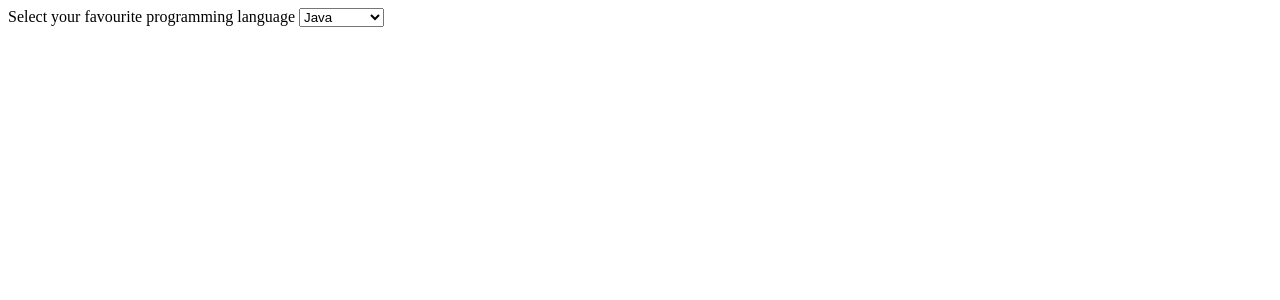
Repository: AshrafPatel/JavaEE
Page: http://localhost/JavaEEWeb/cookies-form.jsp
These files come from the project's save history. The page is drawn as it stood at one moment and after the next save; the edit follows.
The browser window is 1280 px wide. The pictures show the whole page.
The page is served by Tomcat 9.

Above is the page before, as saved 2021-11-14 23:45:20.

### JavaEEWeb/src/main/webapp/cookies-form.jsp
<%@ page language="java" contentType="text/html; charset=ISO-8859-1"
    pageEncoding="ISO-8859-1"%>
<!DOCTYPE html>
<html>
<head>
<meta charset="ISO-8859-1">
<title>Insert title here</title>
</head>
<body>
	<form action="cookies-form-response.jsp">
		Select your favourite programming language
		<select name="favLang">
			<option>Java</option>
			<option>C#</option>
			<option>PHP</option>
			<option>Python</option>
			<option>JavaScript</option>
		</select>
	</form>
</body>
</html>

After the next save:
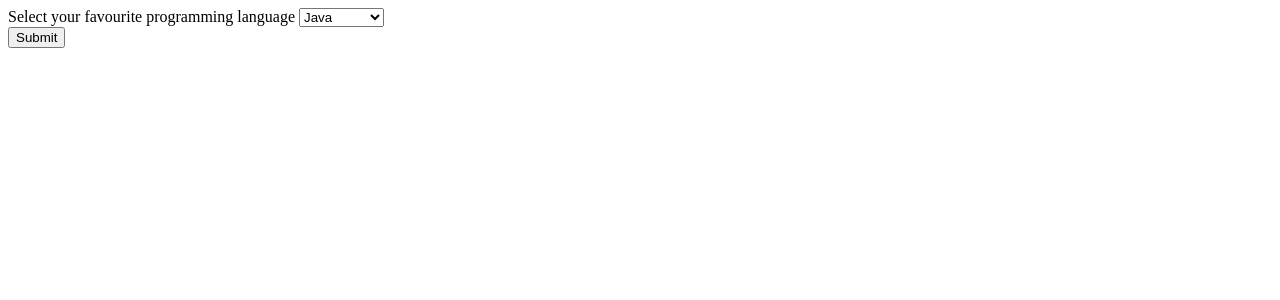
Saved 51 s later.
--- a/JavaEEWeb/src/main/webapp/cookies-form.jsp
+++ b/JavaEEWeb/src/main/webapp/cookies-form.jsp
@@ -16,6 +16,8 @@
 			<option>Python</option>
 			<option>JavaScript</option>
 		</select>
+		<br>
+		<input type="submit" value="Submit"/>
 	</form>
 </body>
 </html>
